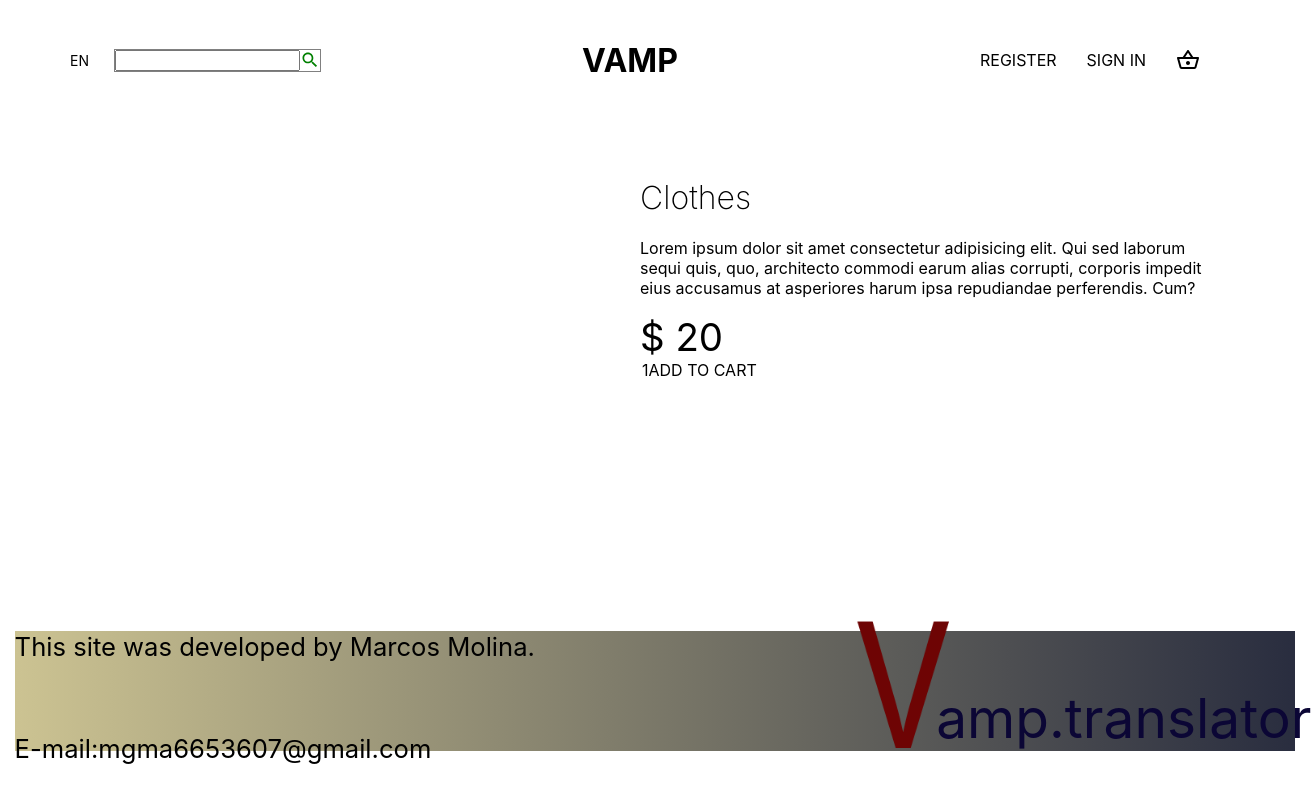
Repository: mgma2005/ecoeli
Page: /
These files come from the project's save history. The page is drawn as it stood at one moment and after the next save; the edit follows.
The browser window is 1280 px wide. The page is 1311 px wide, then 1280 px, so the pictures cover 1311 px, including what lies to the right of the window. The pictures show the part of the page from y = 173 to 979 px (the page is 979 px tall before and 973 px after).
The project was rebuilt for these pictures with package versions that can differ from the ones it lists, and the page was loaded fresh each time. Also part of the build but not shown: src/App.css.

Above is the page before, as saved 2022-05-14 17:31:39.

After the next save:
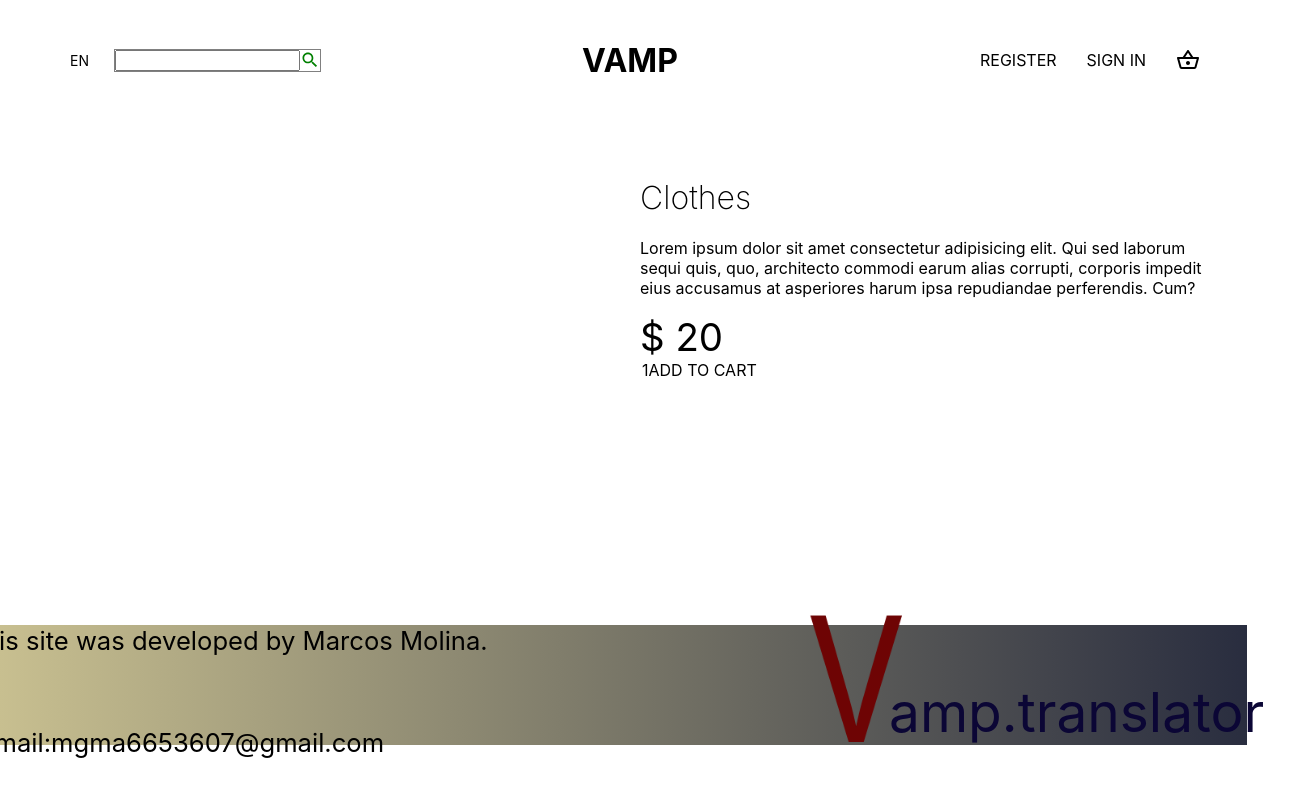
Saved 4 s later.
--- a/src/style.css
+++ b/src/style.css
@@ -1,5 +1,5 @@
 .cont2{
-    margin: -3%;
+    margin: -7%;
     width: 100vw;
     height: auto;
     background: linear-gradient(to right, rgb(204, 195, 146),rgb(41, 45, 63));
